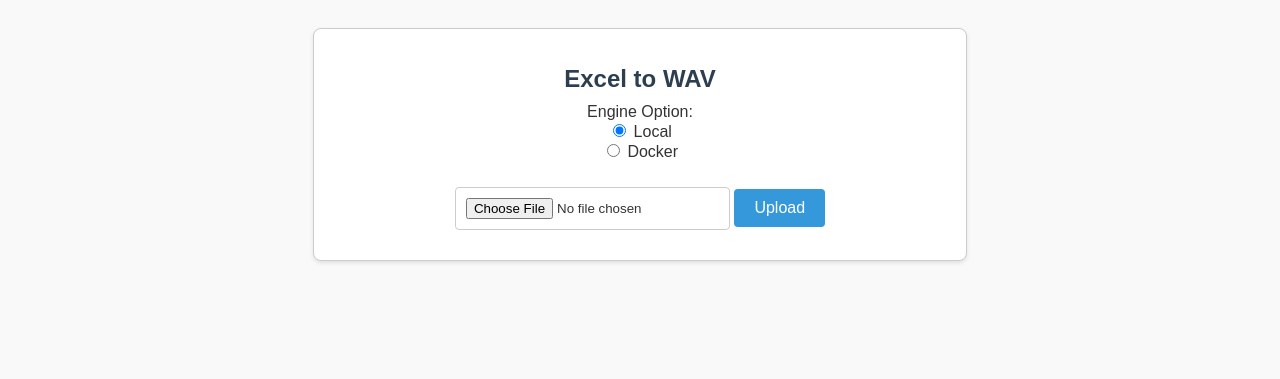
Repository: limonene213u/Excel-to-VOICE
Page: http://localhost/
These files come from the project's save history. The page is drawn as it stood at one moment and after the next save; the edit follows.
The browser window is 1280 px wide. The pictures show the whole page.
The page is served by the project's application, run on Flask 3 (volume/app.py).

Above is the page before, as saved 2023-10-11 00:34:22.

### volume/templates/index.html
<!DOCTYPE html>
<html lang="ja">
<head>
    <meta charset="UTF-8">
    <meta name="viewport" content="width=device-width, initial-scale=1.0">
    <title>VOICEVOX Excel to WAV</title>
    <style>
        body {
            font-family: Arial, sans-serif;
            padding: 20px;
            text-align: center;
            background-color: #f9f9f9;
            color: #333;
        }
        #upload-form {
            margin: auto;
            width: 50%;
            padding: 20px;
            border: 1px solid #ccc;
            border-radius: 8px;
            background-color: #fff;
            box-shadow: 0 2px 4px rgba(0,0,0,0.1);
        }
        #upload-form h1 {
            margin-bottom: 10px;
            font-size: 24px;
            color: #2c3e50;
        }
        #upload-form input[type="file"] {
            margin-bottom: 10px;
            padding: 10px;
            border: 1px solid #ccc;
            border-radius: 4px;
        }
        #upload-button {
            margin-top: 10px;
            padding: 10px 20px;
            border: none;
            border-radius: 4px;
            background-color: #3498db;
            color: #fff;
            font-size: 16px;
            cursor: pointer;
        }
        #upload-button:hover {
            background-color: #2980b9;
        }
    </style>
</head>
<body>
    <div id="upload-form">
        <h1>Excel to WAV</h1>
    <form action="/upload" method="post" enctype="multipart/form-data">
        <label for="engine-option">Engine Option:</label><br>
        <input type="radio" id="local-engine" name="engine-option" value="local" checked>
        <label for="local-engine">Local</label><br>
        <input type="radio" id="docker-engine" name="engine-option" value="docker">
        <label for="docker-engine">Docker</label><br><br>
        <input type="file" name="file" accept=".xlsx" required>
        <input type="submit" value="Upload" id="upload-button">
    </form>
</body>
</html>

### volume/app.py
# app.py
from flask import Flask, render_template, request, send_file, jsonify, redirect, url_for, send_from_directory, Blueprint, make_response
import openpyxl
import requests
import json
import wave

app = Flask(__name__, static_folder='./static', template_folder='./templates')

@app.route('/')
def index():
    return render_template('index.html')

@app.route('/upload', methods=['POST'])
def upload_file():
    file = request.files['file']
    engine_option = request.form['engine-option']  # ラジオボタンの値を取得するにゃん
    engine_url = 'http://localhost:50021' if engine_option == 'local' else 'http://voicevox:50021'  # エンジンのURLを設定するにゃん

    if file:
        # Excelファイルを処理
        workbook = openpyxl.load_workbook(file)
        sheet = workbook.active

        wav_data = b''  # 連結された音声データを保持するにゃん

        # A2から開始し、B列の末尾まで処理するにゃん
        for row_idx in range(2, sheet.max_row + 1):
            for col_idx in range(1, 3):  # A列とB列のインデックスは1と2にゃん
                cell_value = sheet.cell(row=row_idx, column=col_idx).value
                if cell_value:
                    # 音声化する文言と話者を指定(3で標準ずんだもんになる)
                    params = (
                        ('text', cell_value),
                        ('speaker', 3),
                    )
                    # 音声合成用のクエリ作成
                    query = requests.post(
                        f'{engine_url}/audio_query',  # エンジンのURLを動的に変更するにゃん
                        params=params
                    )
                    # 音声合成を実施
                    synthesis = requests.post(
                        f'{engine_url}/synthesis',  # エンジンのURLを動的に変更するにゃん
                        headers={"Content-Type": "application/json"},
                        params=params,
                        data=json.dumps(query.json())
                    )
                    wav_data += synthesis.content  # 連結するにゃん

        # wavファイルを保存
        wav_file_path = 'output.wav'
        with wave.open(wav_file_path, 'wb') as wav_file:
            wav_file.setnchannels(1)
            wav_file.setsampwidth(2)  # 16-bit PCM
            wav_file.setframerate(24000)
            wav_file.writeframes(wav_data)

        return send_file(wav_file_path, as_attachment=True)

if __name__ == '__main__':
    app.run(host='0.0.0.0', port=5000, debug=True)

After the next save:
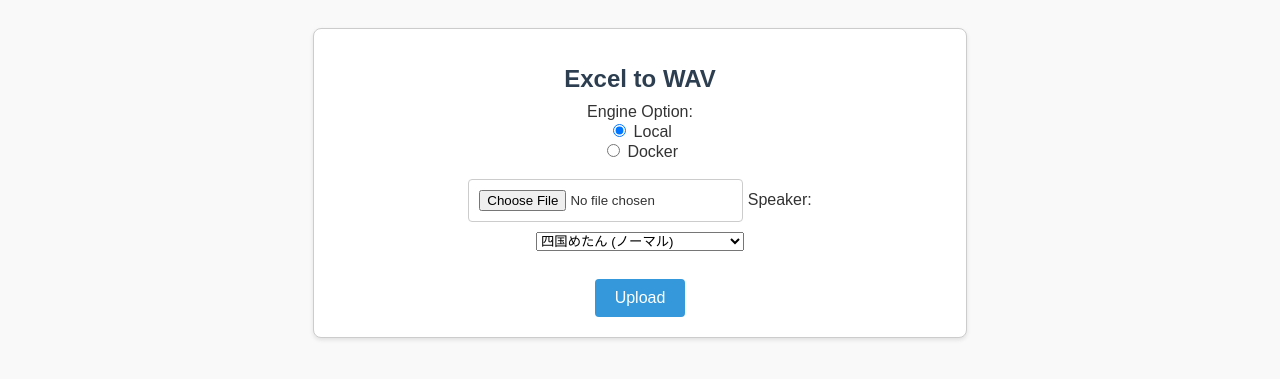
Saved 2 min 30 s later.
--- a/volume/templates/index.html
+++ b/volume/templates/index.html
@@ -57,6 +57,13 @@
         <input type="radio" id="docker-engine" name="engine-option" value="docker">
         <label for="docker-engine">Docker</label><br><br>
         <input type="file" name="file" accept=".xlsx" required>
+        <label for="speaker-id">Speaker:</label><br>
+        <select id="speaker-id" name="speaker-id">
+            <option value="2">四国めたん (ノーマル)</option>
+            <option value="0">四国めたん (あまあま)</option>
+            <!-- ... 他の話者のオプションを追加するにゃん -->
+            <option value="50">ナースロボ＿タイプＴ (内緒話)</option>
+        </select><br><br>
         <input type="submit" value="Upload" id="upload-button">
     </form>
 </body>
